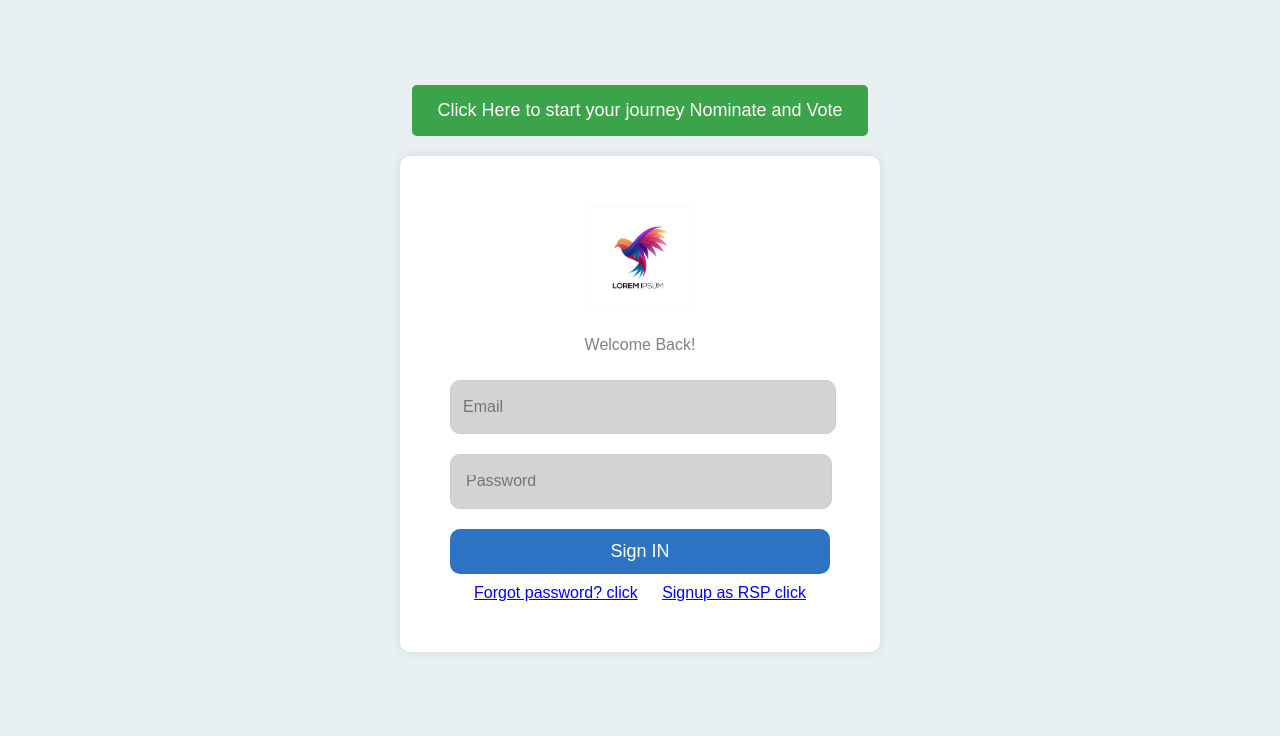
Repository: Femi007-gh/welcome
Page: index.html
The author's editor kept a copy of each file at every save. The page is drawn from the files as they stood at one save, then again after the next save.
The browser window is 1280 px wide. The pictures show the whole page.
Some web libraries are served in a nearby version.

Above is the page before, as saved 2025-03-10 18:22:07.

### index.html
<!DOCTYPE html>
<html lang="en">
<head>
    <meta charset="UTF-8">
    <meta name="viewport" content="width=device-width, initial-scale=1.0">
    <title>Login Page</title>
    <script src="https://kit.fontawesome.com/a076d05399.js" crossorigin="anonymous"></script>
    <style>
        body {
            font-family: Arial, sans-serif;
            background-color: #e8f0f2;
            display: flex;
            justify-content: center;
            align-items: center;
            height: 100vh;
            flex-direction: column;
        }
        .green-button {
            background-color: #3ba349;
            color: white;
            padding: 15px 25px;
            border: none;
            border-radius: 5px;
            cursor: pointer;
            margin-bottom: 20px;
            font-size: 18px;
        }
        .container {
            background-color: white;
            padding: 50px;
            border-radius: 10px;
            box-shadow: 0 0 10px rgba(0, 0, 0, 0.1);
            text-align: center;
            width: 380px;
        }
        .container img {
            width: 100px;
            margin-bottom: 10px;
        }
        p {
            color: gray;
        }
        input {
            width: calc(100% - 20px);
            padding: 12px;
            margin: 10px 0;
            border: 1px solid #ccc;
            border-radius: 10px;
            font-size: 16px;
            background: #d3d3d3;
        }
        .password-container {
            display: flex;
            align-items: center;
            background: #d3d3d3;
            border: 1px solid #ccc;
            border-radius: 10px;
            padding: 10px;
            width: calc(100% - 20px);
            margin: 10px 0;
        }
        .password-container input {
            border: none;
            outline: none;
            flex: 1;
            background: transparent;
            padding: 5px;
        }
        .password-container i {
            cursor: pointer;
            font-size: 18px;
            margin-left: 10px;
        }
        .sign-in-button {
            background-color: #2d74c4;
            color: white;
            padding: 12px;
            border: none;
            border-radius: 10px;
            cursor: pointer;
            width: 100%;
            font-size: 18px;
            margin-top: 10px;
            width:
        }
        .links {
            margin-top: 10px;
            font-size: 16px;
        }
        .links a {
            color: gray;
            text-decoration: none;
            margin: 0 10px;
        }
        .links a.underline {
            color: blue;
            text-decoration: underline;
        }
        .fit {
          height: 3px;
        }
        .lit{
          height: 28px;
        }
    </style>
</head>
<body>
    <button class="green-button">Click Here to start your journey Nominate and Vote</button>
    <div class="container">
        <img src="Logo.jpg" alt="Nigerian Shippers Council Logo">
        <p>Welcome Back!</p>
        <input type="email" placeholder="Email" class="lit">
        <div class="password-container">
            <input type="password" placeholder="Password" class="fit">
        </div>
        <button class="sign-in-button">Sign IN</button>
        <div class="links">
            <a href="#" class="underline">Forgot password? click</a>
            <a href="#" class="underline">Signup as RSP click</a>
        </div>
    </div>
</body>
</html>

After the next save:
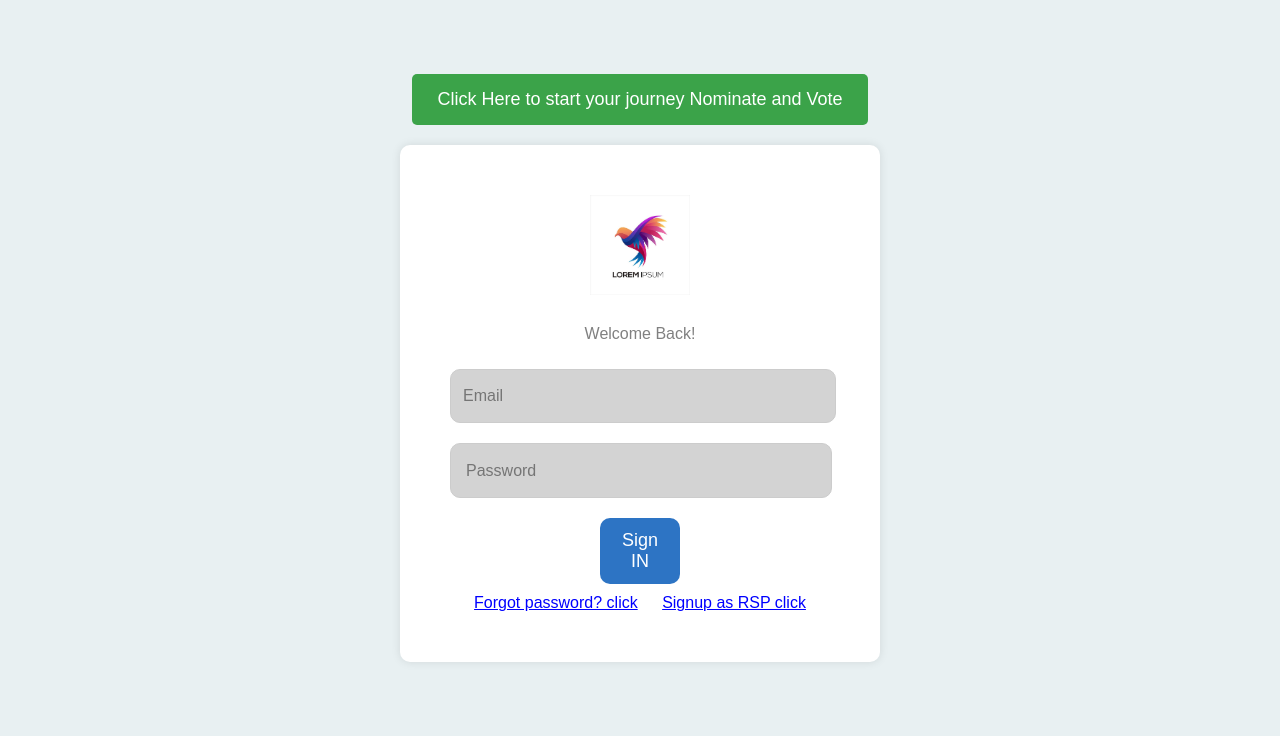
Saved 6 s later.
--- a/index.html
+++ b/index.html
@@ -81,7 +81,7 @@
             width: 100%;
             font-size: 18px;
             margin-top: 10px;
-            width:
+            width: 80px;
         }
         .links {
             margin-top: 10px;
